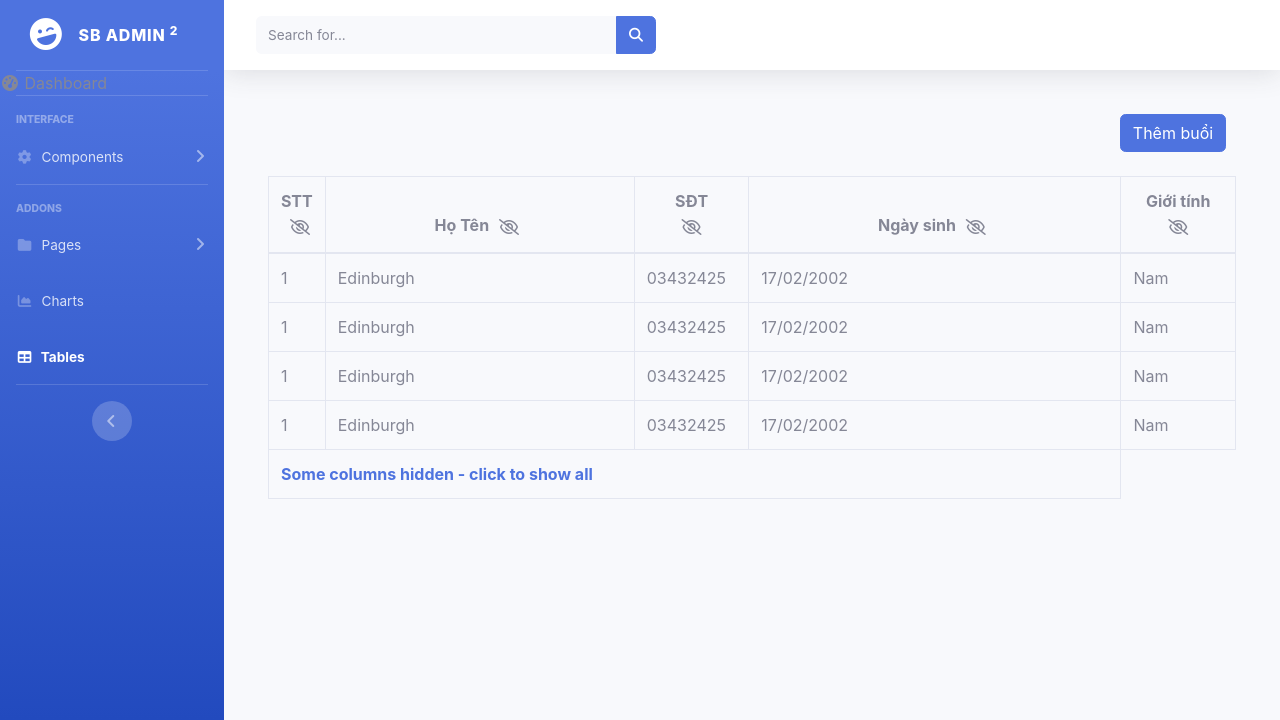
Repository: huyennvo/WebCiTEdu
Page: index.html
The author's editor kept a copy of each file at every save. The page is drawn from the files as they stood at one save, then again after the next save.
The browser window is 1280 px wide. The pictures show the whole page.
Some web libraries are served in a nearby version.

Above is the page before, as saved 2022-07-30 10:01:26.

### index.html
<!DOCTYPE html>
<html lang="en">

<head>

    <meta charset="utf-8">
    <meta http-equiv="X-UA-Compatible" content="IE=edge">
    <meta name="viewport" content="width=device-width, initial-scale=1, shrink-to-fit=no">
    <meta name="description" content="">
    <meta name="author" content="">

    <title>CiT Edu</title>
    <link rel="stylesheet" href="https://cdn.jsdelivr.net/npm/bootstrap@4.6.1/dist/css/bootstrap.min.css">
    <script src="https://cdn.jsdelivr.net/npm/jquery@3.6.0/dist/jquery.slim.min.js"></script>
    <script src="https://cdn.jsdelivr.net/npm/popper.js@1.16.1/dist/umd/popper.min.js"></script>
    <script src="https://cdn.jsdelivr.net/npm/bootstrap@4.6.1/dist/js/bootstrap.bundle.min.js"></script>
    <script src="https://kit.fontawesome.com/1b99fd25e4.js" crossorigin="anonymous"></script>
</head>

<link href="vendor/fontawesome-free/css/all.min.css" rel="stylesheet" type="text/css">
<link href="./sb-admin-2.min.css" rel="stylesheet">
<style>
    /* body {
        padding: 15px;
    } */

    .table-hideable td,
    .table-hideable th {
        width: auto;
        transition: width .5s, margin .5s;
    }

    .btn-condensed.btn-condensed {
        padding: 0 5px;
        box-shadow: none;
    }
    /* use class to have a little animation */

    .hide-col {
        width: 0px !important;
        height: 0px !important;
        display: block !important;
        overflow: hidden !important;
        margin: 0 !important;
        padding: 0 !important;
        border: none !important;
    }
    .gioiTinh {
      width: 7vw !important;
    }
</style>

<!-- Custom styles for this template -->
<link href="css/sb-admin-2.min.css" rel="stylesheet">
<!--

<link href="http://maxcdn.bootstrapcdn.com/font-awesome/4.7.0/css/font-awesome.min.css" rel="stylesheet">
<link rel="stylesheet" href="css/buton.css">

<link rel="stylesheet" href="css/bootstrap.css">
<link rel="stylesheet" href="css/bootstrap.min.css">
<link rel="stylesheet" href="path/to/font-awesome/css/font-awesome.min.css">
<link href="https://cdn.jsdelivr.net/npm/bootstrap@5.2.0/dist/css/bootstrap.min.css" rel="stylesheet" integrity="sha384-gH2yIJqKdNHPEq0n4Mqa/HGKIhSkIHeL5AyhkYV8i59U5AR6csBvApHHNl/vI1Bx" crossorigin="anonymous" />
 -->

<!-- <link
href="https://cdn.jsdelivr.net/npm/bootstrap@5.2.0/dist/css/bootstrap.min.css"
rel="stylesheet"
integrity="sha384-gH2yIJqKdNHPEq0n4Mqa/HGKIhSkIHeL5AyhkYV8i59U5AR6csBvApHHNl/vI1Bx"
crossorigin="anonymous"
/> -->
<!-- <script
src="https://cdn.jsdelivr.net/npm/bootstrap@5.2.0/dist/js/bootstrap.bundle.min.js"
integrity="sha384-A3rJD856KowSb7dwlZdYEkO39Gagi7vIsF0jrRAoQmDKKtQBHUuLZ9AsSv4jD4Xa"
crossorigin="anonymous"
></script>  -->
<script src="./app.js"></script>
</head>

<body id="page-top">

    <!-- Page Wrapper -->
    <div id="wrapper">

        <!-- Sidebar -->
        <ul class="navbar-nav bg-gradient-primary sidebar sidebar-dark accordion" id="accordionSidebar">

            <!-- Sidebar - Brand -->
            <a class="sidebar-brand d-flex align-items-center justify-content-center" href="index.html">
                <div class="sidebar-brand-icon rotate-n-15">
                    <i class="fas fa-laugh-wink"></i>
                </div>
                <div class="sidebar-brand-text mx-3">SB Admin <sup>2</sup></div>
            </a>

            <!-- Divider -->
            <hr class="sidebar-divider my-0">

            <!-- Nav Item - Dashboard -->
            <li class="nav-item">
                <!-- <a class="nav-link" href="index.html"> -->
                <i class="fas fa-fw fa-tachometer-alt"></i>
                <span>Dashboard</span></a>
            </li>

            <!-- Divider -->
            <hr class="sidebar-divider">

            <!-- Heading -->
            <div class="sidebar-heading">
                Interface
            </div>

            <!-- Nav Item - Pages Collapse Menu -->
            <li class="nav-item">
                <a class="nav-link collapsed" href="#" data-toggle="collapse" data-target="#collapseTwo" aria-expanded="true" aria-controls="collapseTwo">
                    <i class="fas fa-fw fa-cog"></i>
                    <span>Components</span>
                </a>
            </li>

            <!-- Divider -->
            <hr class="sidebar-divider">

            <!-- Heading -->
            <div class="sidebar-heading">
                Addons
            </div>

            <!-- Nav Item - Pages Collapse Menu -->
            <li class="nav-item">
                <a class="nav-link collapsed" href="#" data-toggle="collapse" data-target="#collapsePages" aria-expanded="true" aria-controls="collapsePages">
                    <i class="fas fa-fw fa-folder"></i>
                    <span>Pages</span>
                </a>
            </li>

            <!-- Nav Item - Charts -->
            <li class="nav-item">
                <a class="nav-link" href="charts.html">
                    <i class="fas fa-fw fa-chart-area"></i>
                    <span>Charts</span></a>
            </li>

            <!-- Nav Item - Tables -->
            <li class="nav-item active">
                <a class="nav-link" href="tables.html">
                    <i class="fas fa-fw fa-table"></i>
                    <span>Tables</span></a>
            </li>

            <!-- Divider -->
            <hr class="sidebar-divider d-none d-md-block">

            <!-- Sidebar Toggler (Sidebar) -->
            <div class="text-center d-none d-md-inline">
                <button class="rounded-circle border-0" id="sidebarToggle"></button>
            </div>

        </ul>
        <!-- End of Sidebar -->

        <!-- Content Wrapper -->
        <div id="content-wrapper" class="d-flex flex-column">

            <!-- Main Content -->
            <div id="content">

                <!-- Topbar -->
                <nav class="navbar navbar-expand navbar-light bg-white topbar mb-4 static-top shadow">

                    <!-- Sidebar Toggle (Topbar) -->
                    <form class="form-inline">
                        <button id="sidebarToggleTop" class="btn btn-link d-md-none rounded-circle mr-3">
              <i class="fa fa-bars"></i>
            </button>
                    </form>

                    <!-- Topbar Search -->
                    <form class="d-none d-sm-inline-block form-inline mr-auto ml-md-3 my-2 my-md-0 mw-100 navbar-search">
                        <div class="input-group">
                            <input type="text" class="form-control bg-light border-0 small" placeholder="Search for..." aria-label="Search" aria-describedby="basic-addon2">
                            <div class="input-group-append">
                                <button class="btn btn-primary" type="button">
                  <i class="fas fa-search fa-sm"></i>
                </button>
                            </div>
                        </div>
                    </form>
                </nav>
                <!-- End of Topbar -->
                <!-- Begin Page Content -->
                <div class="container-fluid">
                    <div class="card-body">

                        <div class="table-responsive">
                            <button style="display: flex; position: relative;
                            left: 88%;" id="insertCol" class="btn btn-primary">Thêm buổi</button>
                            <br>
                            <table class="table table-bordered" id="dataTable" width="100%" cellspacing="0">
                                <thead style="text-align: center;">
                                    <tr id="row1">
                                        <th>
                                            STT
                                            <button style="width:2vw; text-align: centre" class="pull-right btn btn-default btn-condensed hide-column" data-toggle="tooltip" data-placement="bottom" title="Ẩn cột">
          <i class="fa fa-eye-slash"></i>
        </button>
                                        </th>

                                        <th>
                                            Họ Tên
                                            <button class="pull-right btn btn-default btn-condensed hide-column" data-toggle="tooltip" data-placement="bottom" title="Ẩn cột">
          <i class="fa fa-eye-slash"></i>
        </button>
                                        </th class="hide-col">
                                        <th>
                                            SĐT
                                            <button style="width: 7vw" class="pull-right btn btn-default btn-condensed hide-column" data-toggle="tooltip" data-placement="bottom" title="Ẩn cột">
          <i class="fa fa-eye-slash"></i>
        </button>
                                        </th>

                                        <th>
                                           Ngày sinh
                                            <button class="pull-right btn btn-default btn-condensed hide-column" data-toggle="tooltip" data-placement="bottom" title="Ẩn cột">
          <i class="fa fa-eye-slash"></i>
        </button>
                                       </th>
                                        </th class="hide-col">
                                        <th>
                                            Giới tính
                                            <button class="pull-right btn btn-default btn-condensed hide-column gioiTinh" data-toggle="tooltip" data-placement="bottom" title="Ẩn cột">
          <i class="fa fa-eye-slash"></i>
        </button>
                                        </th>

                                    </tr>
                                </thead>
                                <tbody id="myTable">


                                    <tr id="row2">
                                        <td style="width:2vw">1</td>
                                        <td>Edinburgh</td>
                                        <td style="width: 7vw">03432425</td>
                                        <td>17/02/2002</td>
                                        <td class="gioiTinh">Nam</td>
                                    </tr>
                                    <tr id="row3">
                                        <td style="width:3vw">1</td>
                                        <td>Edinburgh</td>
                                        <td style="width: 7vw">03432425</td>
                                        <td>17/02/2002</td>
                                        <td class="gioiTinh">Nam</td>
                                    </tr>
                                    <tr id="row4">
                                        <td style="width:2vw">1</td>
                                        <td>Edinburgh</td>
                                        <td style="width: 7vw" >03432425</td>
                                        <td>17/02/2002</td>
                                        <td class="gioiTinh">Nam</td>
                                    </tr>
                                    <tr id="row5">
                                        <td style="width:2vw">1</td>
                                        <td>Edinburgh</td>
                                        <td style="width: 7vw">03432425</td>
                                        <td>17/02/2002</td>
                                        <td class="gioiTinh">Nam</td>
                                    </tr>

                                </tbody>
                                <tfoot class="footer-restore-columns">
                                    <tr>
                                        <th colspan="4"><a class="restore-columns" href="#">Some columns hidden - click to show all</a></th>
                                    </tr>
                                </tfoot>
                            </table>
                        </div>
                    </div>
                </div>

            </div>
            <!-- /.container-fluid -->
        </div>
        <!-- End of Main Content -->

    </div>
    <!-- End of Content Wrapper -->

    </div>
    <!-- End of Page Wrapper -->

    <!-- Scroll to Top Button-->
    <!-- Button trigger modal -->


    <!-- Modal -->

    <div class="modal fade" id="exampleModal" tabindex="-1" aria-labelledby="exampleModalLabel" aria-hidden="true">
        <div class="modal-dialog">
            <div class="modal-content">
                <div class="modal-header">
                    <h5 class="modal-title" id="exampleModalLabel">Thông tin buổi học</h5>
                    <button type="button" class="close" data-dismiss="modal" aria-label="Close">
            <span aria-hidden="true">&times;</span>
          </button>
                </div>
                <div class="modal-body">
                    <form id="formInput-add">
                        <div class="form-group row">
                            <label class="col-md-3" for="inputName">Chủ nhiệm</label>
                            <input type="text" class="col-md-9 form-control" id="inputName" name="name" aria-describedby="emailHelp" placeholder="Tên chủ nhiệm" />
                        </div>
                        <div class="form-group row">
                            <label class="col-md-3" for="inputPrice">Trợ giảng</label>
                            <input type="" name="price" class="col-md-9 form-control" id="inputPrice" placeholder="Tên trợ giảng" />
                        </div>
                        <div class="form-group row">
                            <label class="col-md-3" for="inputDescription">Giảng viên</label>
                            <input type="" name="description" class="col-md-9 form-control" id="inputDescription" placeholder="Tên giảng viên" />
                        </div>
                        <div class="form-group row">
                            <label class="col-md-3" for="inputQuantity">Nội dung buổi học</label>

                            <input type="" name="product_site" class="col-md-9 form-control" id="inputProductSite" placeholder="" />
                            <!-- <textarea id="w3review" name="w3review" rows="4" cols="50"></textarea> -->
                        </div>
                        <div class="form-group row">
                            <label class="col-md-3" for="inputProductSite">Nhận xét</label>
                            <textarea type="" name="quantity" class="col-md-9 form-control" id="inputQuantity" placeholder=""></textarea>
                        </div>
                        <div class="modal-footer">
                            <button type="button" class="btn btn-primary">Lưu</button>
                            <button type="button" class="btn btn-secondary" data-dismiss="modal">Đóng</button>
                        </div>
                </div>
            </div>
        </div>
    </div>

</body>

</html>

### app.js
$(document).ready(function () {
  // $('#dataTable').on('click', '#select-all', function(){
  //    let a =$(this).className;
  //     console.log(a);
  //   // if ($(this).hasClass('allChecked')) {
      // $('input:checkbox[id^=a][type="checkbox"]').prop('checked', false);
  //   // } else {
  //   //   $('input:checkbox[id^=a][type="checkbox"]').prop('checked', true);
  //   // }
  //   // $(this).toggleClass('allChecked');
  // });
  // $("checkBox[id='checkbox1']")
  // $('#select-all2').click(function () {
  //   if ($(this).hasClass('allChecked')) {
  //     $('input:checkbox[id^="checkBox2"][type="checkbox"]').prop('checked', false);
  //   } else {
  //     $('input:checkbox[id^="checkBox2"][type="checkbox"]').prop('checked', true);
  //   }
  //   $(this).toggleClass('allChecked');
  // });
 // on init
 $(".table-hideable .hide-col").each(HideColumnIndex);

 // on click
 $('.hide-column').click(HideColumnIndex)

 function HideColumnIndex() {
     var $el = $(this);
     var $cell = $el.closest('th,td')
     var $table = $cell.closest('table')

     // get cell location - https://stackoverflow.com/a/4999018/1366033
     var colIndex = $cell[0].cellIndex + 1;
     // find and hide col index
     $table.find("tbody tr, thead tr")
         .children(":nth-child(" + colIndex + ")")
         .addClass('hide-col')

     // show restore footer
     $table.find(".footer-restore-columns").show()
 }

 // restore columns footer
 $(".restore-columns").click(function(e) {
     var $table = $(this).closest('table')
     $table.find(".footer-restore-columns").hide()
     $table.find("th, td")
         .removeClass('hide-col');

 })

 $('[data-toggle="tooltip"]').tooltip({
     trigger: 'hover'
 })

 let stt = 1;
 $("#insertCol").click(function(){
  let html1 = "";

  html1 +=`<th>Buổi ${stt} <button style="border: 0; background-color: #F8F9FC" data-stt="${stt}" class="checkBox${stt} select-all"><i
    class="fa-solid fa-check-double" style="color:green;"  data-toggle="tooltip" data-placement="right" title="Chọn tất cả"></i></button><br><button type="button"
    class="btn" data-toggle="modal" data-target="#exampleModal">
    Thêm
    </button>  <button class="pull-right btn btn-default btn-condensed hide-column" data-toggle="tooltip" data-placement="bottom" title="Hide Column">
    <i class="fa fa-eye-slash"></i>
    </button> </th>`;
    $("#row1").append(html1);
    for(let i = 0; i < 5; i++) {
      $(`#row${i + 2}`).append(`<td><input type="checkbox" id="checkBox${stt}" name="name" value="name">
      <select name="cars" id="cars" >
        <option value="saab" selected></option>
          <option value="saab" >Có phép</option>
          <option value="opel">Không phép</option>
          <option value="audi">Đi muộn</option>
        </select>
      </td>`);


    }


  // on init
 $(".table-hideable .hide-col").each(HideColumnIndex);

 // on click
 $('.hide-column').click(HideColumnIndex)

 function HideColumnIndex() {
     var $el = $(this);
     var $cell = $el.closest('th,td')
     var $table = $cell.closest('table')

     // get cell location - https://stackoverflow.com/a/4999018/1366033
     var colIndex = $cell[0].cellIndex + 1;
     // find and hide col index
     $table.find("tbody tr, thead tr")
         .children(":nth-child(" + colIndex + ")")
         .addClass('hide-col')

     // show restore footer
     $table.find(".footer-restore-columns").show()
 }

 // restore columns footer
 $(".restore-columns").click(function(e) {
     var $table = $(this).closest('table')
     $table.find(".footer-restore-columns").hide()
     $table.find("th, td")
         .removeClass('hide-col');

 })

 $('[data-toggle="tooltip"]').tooltip({
     trigger: 'hover'
 })
 $('.select-all').click(function () {
  let sttt = $(this).attr("data-stt");
  console.log(sttt);
  if ($(this).hasClass('allChecked')) {
    $(`input:checkbox[id^="checkBox${sttt}"][type="checkbox"]`).prop('checked', false);
  } else {
    $(`input:checkbox[id^="checkBox${sttt}"][type="checkbox"]`).prop('checked', true);
  }
  $(this).toggleClass('allChecked');
})
 stt++;
});




});

Loaded but not shown: sb-admin-2.min.css (library)

After the next save:
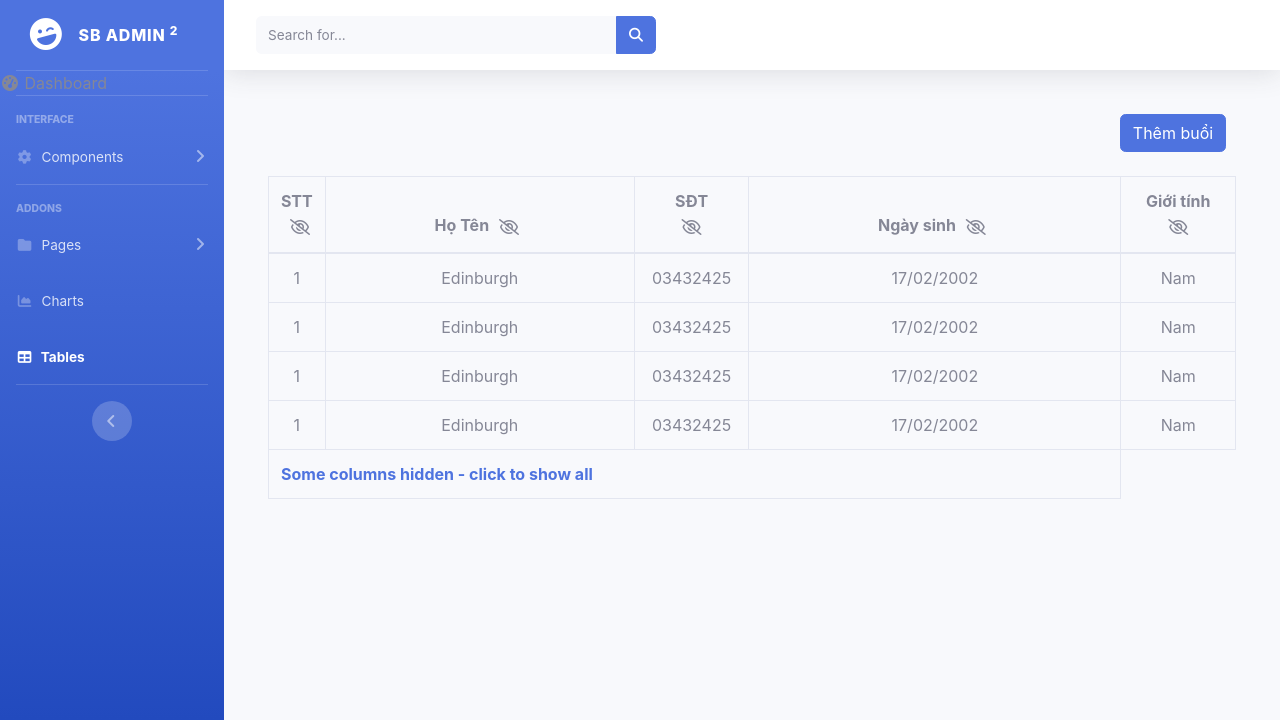
Saved 21 s later.
--- a/index.html
+++ b/index.html
@@ -47,6 +47,9 @@
     }
     .gioiTinh {
       width: 7vw !important;
+    }
+    th, td {
+        text-align: center;
     }
 </style>
 
